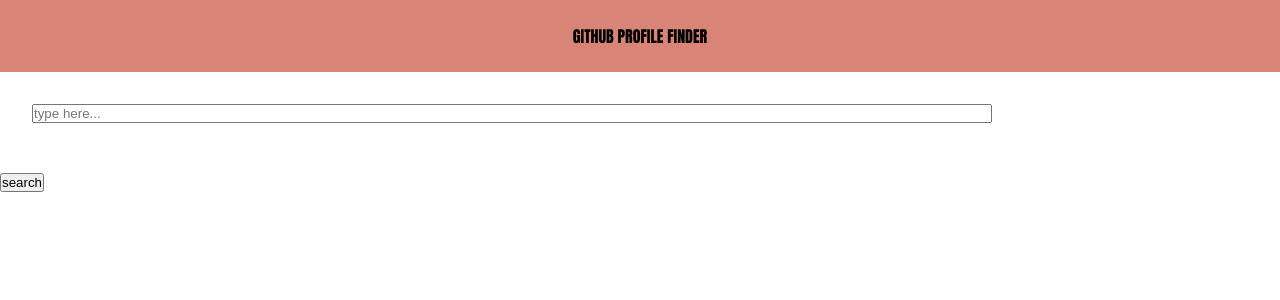
Repository: nilesjamex/githubprofilefinder
Page: index.html
The author's editor kept a copy of each file at every save. The page is drawn from the files as they stood at one save, then again after the next save.
The browser window is 1280 px wide. The pictures show the whole page.

Above is the page before, as saved 2020-11-18 22:51:10.

After the next save:
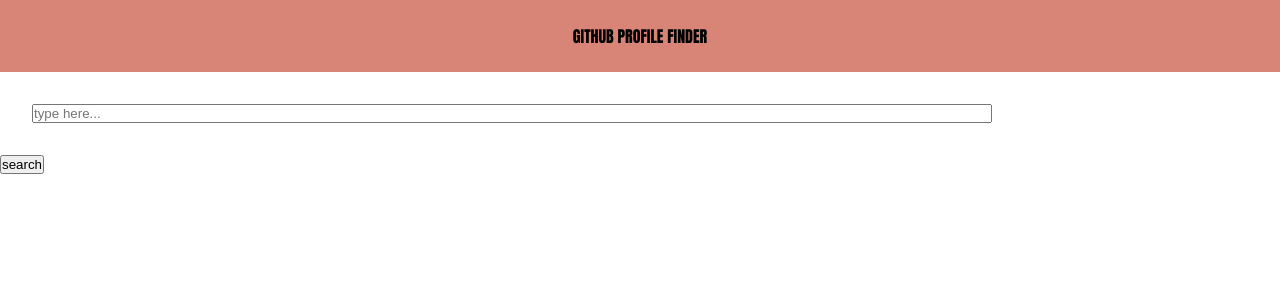
Saved 33 s later.
--- a/index.html
+++ b/index.html
@@ -19,7 +19,7 @@
   <section>
       <div>
           <form method="get">
-              <input type="text" name="" placeholder="type here..." id="" size="70%"><br>
+              <input type="text" name="" placeholder="type here..." id="" size="70%">
               <input type="submit" value="search">
           </form>
       </div>
